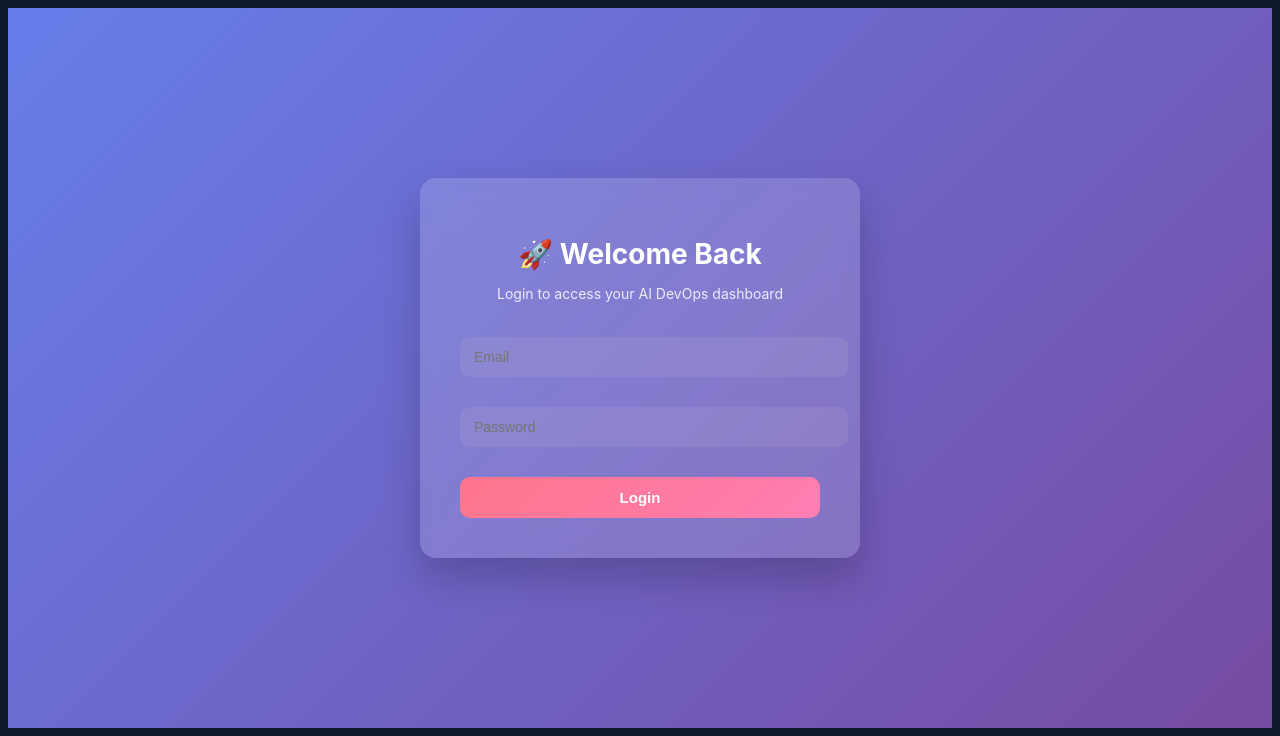
Repository: kundanchouhan12/DevX-Ai-Powered-Devops-Assistant-GenAi-LLM
Page: /dashboard (app in frontend/)
An editor plug-in stored every save of this project. The page is shown before and after the next save, followed by the edit.
The browser window is 1280 px wide. The pictures show the whole page.
The page's requests for data from a server got no answer. The project was rebuilt for these pictures with package versions that can differ from the ones it lists, and the page was loaded fresh each time. No one was signed in, and anything a server would have sent is missing. Also part of the build but not shown: frontend/vite.config.js, frontend/src/pages/Home.jsx, frontend/src/pages/Dashboard.jsx, frontend/src/pages/Signup.jsx.

Above is the page before, as saved 2026-01-31 13:59:12.

After the next save:
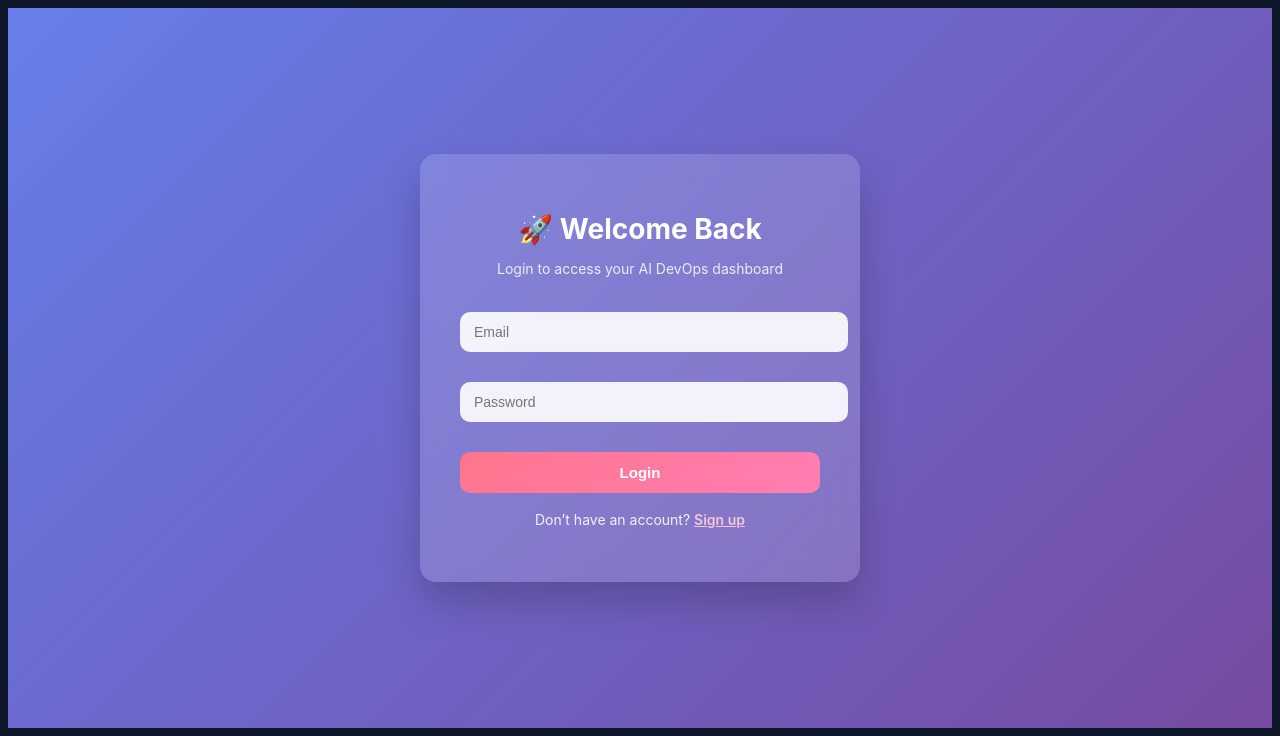
Saved 68 s later.
--- a/frontend/src/pages/Login.jsx
+++ b/frontend/src/pages/Login.jsx
@@ -31,6 +31,7 @@ export default function Login() {
           onChange={(e) => setEmail(e.target.value)}
           style={inputStyle}
         />
+
         <input
           type="password"
           placeholder="Password"
@@ -42,6 +43,14 @@ export default function Login() {
         <button style={buttonStyle} onClick={handleLogin}>
           Login
         </button>
+
+        {/* SIGNUP LINK */}
+        <p style={footerText}>
+          Don’t have an account?{" "}
+          <span style={linkStyle} onClick={() => navigate("/signup")}>
+            Sign up
+          </span>
+        </p>
       </div>
     </div>
   );
@@ -88,9 +97,8 @@ const inputStyle = {
   outline: "none",
   fontSize: "14px",
   marginBottom: "20px",
-  backgroundColor: "rgba(219, 208, 208, 0.1)",
-  color: "#fff",
-  transition: "0.3s",
+  backgroundColor: "rgba(255,255,255,0.9)",
+  color: "#000",               // ✅ TEXT BLACK
 };
 
 const buttonStyle = {
@@ -103,6 +111,18 @@ const buttonStyle = {
   fontSize: "15px",
   color: "#fff",
   background: "linear-gradient(135deg, #ff758c, #ff7eb3)",
-  transition: "transform 0.2s ease, box-shadow 0.2s ease",
   marginTop: "10px",
 };
+
+const footerText = {
+  marginTop: "18px",
+  fontSize: "14px",
+  opacity: 0.9,
+};
+
+const linkStyle = {
+  color: "#ffd1dc",
+  fontWeight: "600",
+  cursor: "pointer",
+  textDecoration: "underline",
+};
